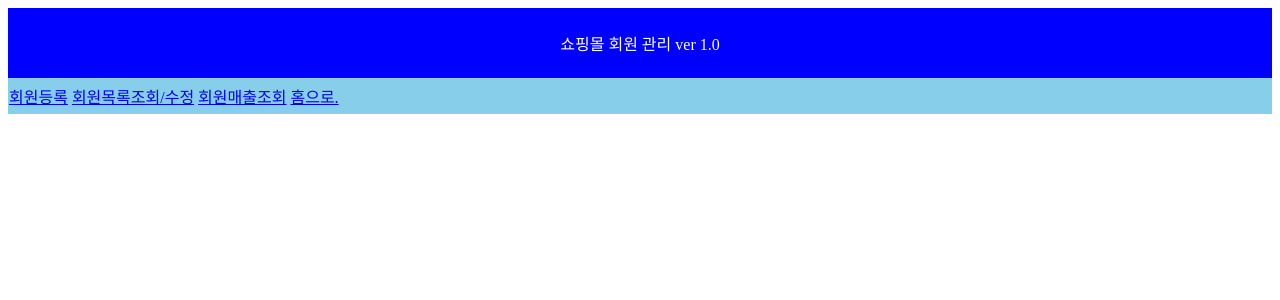
Repository: choigobin/Programming
Page: http://localhost/HRD1118/
The author's editor kept a copy of each file at every save. The page is drawn from the files as they stood at one save, then again after the next save.
The browser window is 1280 px wide. The pictures show the whole page.
The page is served by Tomcat 9.

Above is the page before, as saved 2019-11-18 04:01:36.

After the next save:
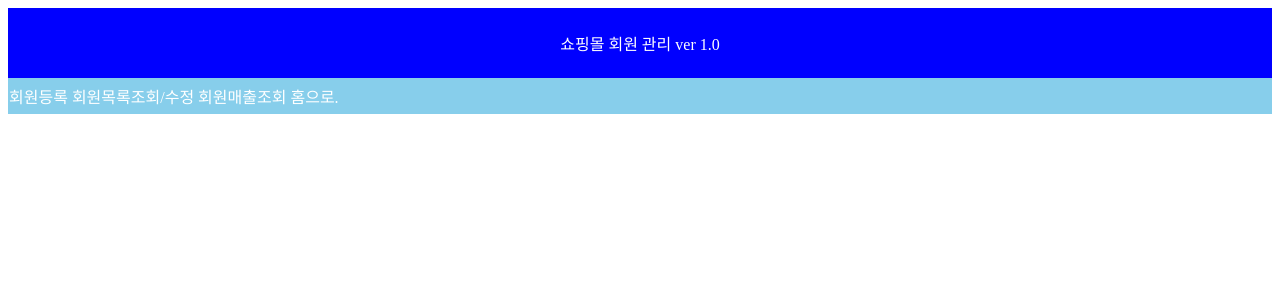
Saved 49 s later.
--- a/YangJung/workspace/HRD1118/WebContent/index.jsp
+++ b/YangJung/workspace/HRD1118/WebContent/index.jsp
@@ -11,6 +11,10 @@ table {
 tr,td{
 	border: solid 0px;
 	}
+a{
+	color: white;
+	text-decoration: none;
+}
 </style>
 <meta charset="UTF-8">
 <title>Insert title here</title>
